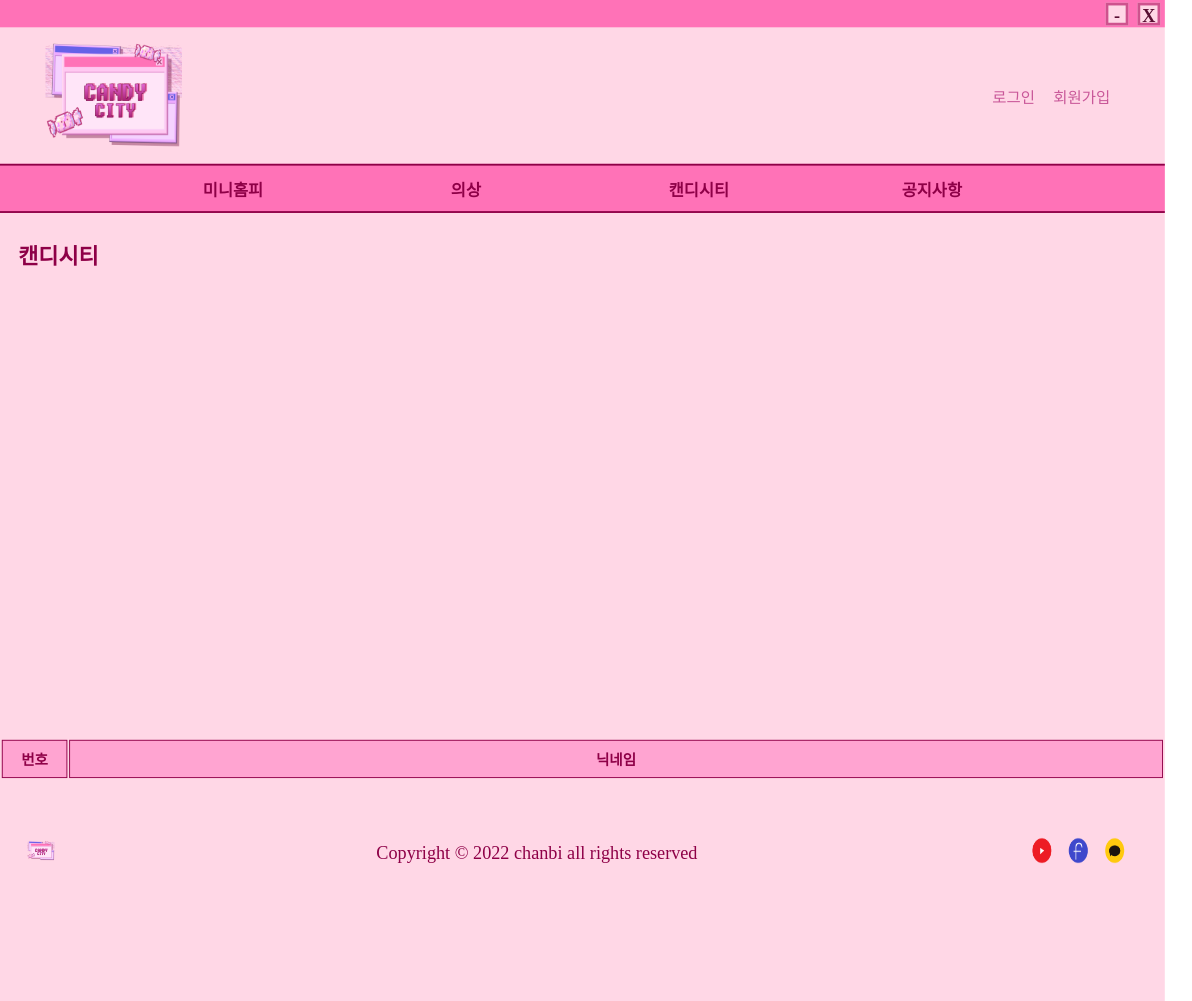
Repository: chanbiM/candyCityProject
Page: http://localhost/CandyCityProj/getCandyCityList
An editor plug-in stored every save of this project. The page is shown before and after the next save, followed by the edit.
The browser window is 1280 px wide. The page is 1310 px wide, so the pictures cover 1310 px, including what lies to the right of the window. The pictures show the whole page, at 91% of full size.
Some web fonts or font styles are not loaded; a fallback is used. The page is served by Tomcat 9. Other server files are loaded and not shown. Queries for data that is not in the repository find no rows.

Above is the page before, as saved 2022-11-20 06:23:54.

### CandyCityProj/WebContent/member/character/candyCity.jsp
<%@page import="dao.CharacterDAO"%>
<%@page import="vo.CharacterVO"%>
<%@page import="vo.CostumeVO"%>
<%@page import="java.util.ArrayList"%>
<%@page import="vo.MemberVO"%>
<%@ page language="java" contentType="text/html; charset=UTF-8"
	pageEncoding="UTF-8"%>
<%@ include file="/header.jsp"%>
<link rel="stylesheet" href="/css/homepiStyle.css">
<link rel="stylesheet" href="/css/postListStyle.css">


<br>
<%
	ArrayList<MemberVO> candiCityList = (ArrayList<MemberVO>) request.getAttribute("candiCityList");
%>
<h2>캔디시티</h2>
<br>

<div class="candyCity">
	<ul class="mainList">
		<%
			for (MemberVO data : candiCityList) {
				//아바타 출력
				CharacterDAO charDao = new CharacterDAO();
				CharacterVO costume = charDao.getCharacterCode(data.getId());

				CostumeVO head = charDao.getCostumeInfo(costume.getHead());
				CostumeVO eyes = charDao.getCostumeInfo(costume.getEyes());
				CostumeVO body = charDao.getCostumeInfo(costume.getBody());
				CostumeVO shoes = charDao.getCostumeInfo(costume.getShoes());
		%>
				<li>
					<ul class="subList">
						<li class="char">
<%
						if (costume.getHead() != null) {
%> 							<img alt="머리" src="/images/costume/<%=head.getName()%>" class="head"> <%
 						}
 						if (costume.getEyes() != null) {
 %>
 							<img alt="눈" src="/images/costume/<%=eyes.getName()%>" class="eyes">
<%
						}
						if (costume.getBody() != null) {
%>
							<img alt="몸" src="/images/costume/<%=body.getName()%>" class="body">
<%
						}
						if (costume.getShoes() != null) {
%>
							<img alt="신발" src="/images/costume/<%=shoes.getName()%>" class="shoes"> <%
 						}
%>

 						<img alt="캐릭터" src="/images/costume/character.png" class="character">
					</li>
						<li class="char_name"><a href="/GetHomepi?id=<%=data.getId()%>"><%=data.getName()%></a></li>
					</ul>

				</li>

		<%
			}
		%>

	</ul>
<!-- 	<img alt="캔디시티 배경" src="/images/candycityBack.png" id="candy_back"
		width="1280" height="400"> -->
</div>
<br><br>




<!--미니홈피 목록-->
<table id="homepiList">
	<tr>
		<th class="number">번호</th>

		<th class="nickName">닉네임</th>
	</tr>

	<%
		int num = 1;
		for (MemberVO data : candiCityList) {
	%>
	<tr>
		<td><a href="/GetHomepi?id=<%=data.getId()%>"><%=num%></a></td>
		<td><a href="/GetHomepi?id=<%=data.getId()%>"><%=data.getName()%></a>
		</td>
	</tr>
	<%
		num++;
	%>
	<%
		}
	%>


</table>



<%@ include file="/footer.jsp"%>

### CandyCityProj/WebContent/header.jsp
<%@page import="vo.MemberVO"%>
<%@ page language="java" contentType="text/html; charset=UTF-8"
	pageEncoding="UTF-8"%>
<!DOCTYPE html>
<html>
<head>
<meta charset="UTF-8">
<title>Candy City</title>
<link rel="stylesheet" href="/css/mainStyle.css">
<script src="/js/jquery-3.1.1.min.js"></script>
</head>
<body>
	<div class="wrapper">
		<!-- 창 바 -->
		<div class="window">
			<button class="widow_btn" id="-_btn">-</button>
			<button class="widow_btn" id="x_btn">X</button>
		</div>

		<header>
			<!-- 로고 -->
			<div class="logo">
				<a href="/index.jsp"><img alt="로고" src="/images/logo.png"></a>
			</div>

			<!-- 기타 메뉴바 -->
			<div class="minimenu">

				<ul>
					<%
						MemberVO vo = (MemberVO) session.getAttribute("loginOK");
						if (vo == null) {
					%>
					<li><a href="/member/login.jsp">로그인</a></li>
					<li><a href="/member/insertMember.jsp">회원가입</a></li>
					<%
						} else {
					%>
					<li><a href="/member/myPage.jsp"><%=vo.getName()%>님</a></li>
					<li><a href="/logout"> 로그아웃 </a></li>
					<li><a href="/member/myPage.jsp">마이페이지</a></li>

					<%
						}
					%>
				</ul>

			</div>
		</header>

		<!-- 메뉴바 -->
		<nav>
			<ul class="mainmenu">
				<li><a href="/getHomepiList">미니홈피</a>
					<ul class="submenu">
					<%
						if (vo == null) {
					%>
						<li><a href="/member/login.jsp">내 미니홈피</a></li>
						<li><a href="/getHomepiList">미니홈피 목록</a></li>
					<%
						} else {
					%>

						<li><a href="/GetHomepi?id=<%= vo.getId() %>">내 미니홈피</a></li>
						<li><a href="/getHomepiList">미니홈피 목록</a></li>
					<%
						}
					%>
					</ul></li>

				<li><a href="#">의상</a>
					<ul class="submenu">
					<%
						if (vo == null) {
					%>
						<li><a href="/member/login.jsp">내 의상</a></li>
						<li><a href="/member/login.jsp">의상 상점</a></li>
						<li><a href="/member/login.jsp">의상 설정</a></li>
					<% } else {
					%>
						<li><a href="/getcCostumeList?id=<%= vo.getId() %>&name=<%= vo.getName() %>">내 의상</a></li>
						<li><a href="/getShopList?id=<%= vo.getId() %>">의상 상점</a></li>
						<li><a href="/characterSet">의상 설정</a></li>
					<%
					} %>
					</ul></li>

				<li><a href="/getCandyCityList">캔디시티</a>
					<ul class="submenu">
					</ul></li>

				<li><a href="/getNoticeList?type=E">공지사항</a>
					<ul class="submenu">
						<li><a href="/getNoticeList?type=E">이벤트</a></li>
						<li><a href="/getNoticeList?type=N">공지사항</a></li>
						<li><a href="/getNoticeList?type=R">당첨자 발표</a></li>
					</ul></li>

				<%
					MemberVO adminVo = (MemberVO) session.getAttribute("manager");
					if (adminVo != null) {
				%>
				<li><a href="/getUserList">관리자용 메뉴</a>
					<ul class="submenu">
						<li><a href="/getUserList">유저 리스트</a></li>
						<!-- <li><a href="#">문의글 확인</a></li>
						<li><a href="#">신고글 확인</a></li> -->
						<li><a href="/admin/noticeInsert.jsp">공지사항/이벤트 작성</a></li>
					</ul></li>
			<%
				}
			%>
			</ul>

		</nav>

### CandyCityProj/WebContent/footer.jsp
<%@ page language="java" contentType="text/html; charset=UTF-8"
    pageEncoding="UTF-8"%>
        <!-- 푸터 영역 -->
        <footer>
            <!-- 하단로고 -->
            <div>
                <a href="/index.jsp" class="logo">
                    <img src="/images/logo.png" alt="로고" >
                </a>
            </div>
            <!-- 카피라이트 -->
            <div class="copyright">
                <p> Copyright &copy; 2022 chanbi all rights reserved</p>
            </div>
            <!-- SNS -->
            <div>
                <ul class="sns">
                    <li><a href="https://www.youtube.com/@rorochanbi"><img src="/images/youtube.png" alt="유튜브" height="40"></a></li>
                    <li><a href="#"><img src="/images/facebook.png" alt="페이스북" height="40"></a></li>
                    <li><a href="https://open.kakao.com/o/s1olGebe"><img src="/images/kakao.png" alt="카카오톡" height="40"></a></li>
                </ul>
            </div>
        </footer>
    </div>
	<script src="/js/script.js"></script>
</body>
</html>

### CandyCityProj/src/controller/GetCandyCityListController.java
package controller;

import java.io.IOException;
import java.io.PrintWriter;
import java.util.ArrayList;

import javax.servlet.ServletException;
import javax.servlet.annotation.WebServlet;
import javax.servlet.http.HttpServlet;
import javax.servlet.http.HttpServletRequest;
import javax.servlet.http.HttpServletResponse;

import dao.MemberDAO;
import vo.MemberVO;


@WebServlet("/getCandyCityList")
public class GetCandyCityListController extends HttpServlet {
	private static final long serialVersionUID = 1L;

    public GetCandyCityListController() {
        super();
    }

	protected void doGet(HttpServletRequest request, HttpServletResponse response) throws ServletException, IOException {
		response.setContentType("text/html; charset=UTF-8");
		request.setCharacterEncoding("UTF-8");
		PrintWriter out = response.getWriter();
		MemberDAO dao = new MemberDAO();
		ArrayList<MemberVO> candiCityList = dao.getCandyCityList();

		request.setAttribute("candiCityList", candiCityList);
		request.getRequestDispatcher("/member/character/candyCity.jsp").forward(request, response);

	}

	protected void doPost(HttpServletRequest request, HttpServletResponse response) throws ServletException, IOException {
		doGet(request, response);
	}

}

### CandyCityProj/src/common/JdbcUtill.java
package common;

import java.sql.Connection;
import java.sql.DriverManager;
import java.sql.PreparedStatement;
import java.sql.ResultSet;

public class JdbcUtill {
	public static Connection getConnection() {
		Connection conn = null;

		try {
			Class.forName("oracle.jdbc.driver.OracleDriver");
			conn = DriverManager.getConnection("jdbc:oracle:thin:@localhost:1521:xe", "hr", "hr");
		} catch (Exception e) {
			System.out.println("DB 연결 실패");
			e.printStackTrace();
		}
		return conn;
	}

	public static void close(Connection conn, PreparedStatement pstmt) {
		if (pstmt!= null) {
			try {
				pstmt.close();
			} catch (Exception e) {
				// TODO: handle exception
				System.out.println("pstmt.close() 실패");
			}
		}

		if(conn != null) {
			try {
				conn.close();
			} catch (Exception e) {
				// TODO: handle exception
				System.out.println("conn.close() 실패");
				e.printStackTrace();
			}
		}
	}

	public static void close(Connection conn, PreparedStatement pstmt, ResultSet rs) {
		if(rs != null) {
			try {
				rs.close();
			} catch (Exception e) {
				// TODO: handle exception
				System.out.println("rs.close() ����");
				e.printStackTrace();
			}
		}
		close(conn, pstmt);
	}


}

### CandyCityProj/WebContent/css/mainStyle.css
@font-face {
    font-family: 'DungGeunMo';
    src: url('https://cdn.jsdelivr.net/gh/projectnoonnu/noonfonts_six@1.2/DungGeunMo.woff') format('woff');
    font-weight: normal;
    font-style: normal;
}
* {
    margin: 0;
    padding: 0;
    list-style: none;
    text-decoration: none;
    color: rgb(19, 0, 1);
    font-family: 'DungGeunMo';
    color: #8e0047;
    -ms-user-select: none;
   -moz-user-select: -moz-none;
   -khtml-user-select: none;
   -webkit-user-select: none;
   user-select: none;
}

.wrapper {
    width: 1280px;
    min-height: 1100px;
    margin: 0 auto;
    background-color: rgb(255, 215, 230);
}

.window {
    width: 100%;
    height: 30px;
    display: flex;
    justify-content: flex-end;
    background-color: #FF72B7;
    align-items: center;
}
.widow_btn {
    width: 25px;
    height: 25px;
    margin: 5px;
    color: #580e32;
    font-weight: bold;
    font-size: 20px;
    background-color: rgb(255, 215, 230);
    border: 3px solid #ce528e;
}

.widow_btn:hover {
    background-color: rgb(203, 164, 178);
    border: 3px solid #953c67;
    cursor: pointer;
    text-align: center;
}

.logo > a {
    display: flex;
}

.logo > a > img {
    width: 150px;
    height: 120px;
    margin: 50px;
    margin-top: 15px;
}

header {
    width: 100%;
    height: 150px;
    display: flex;
    justify-content: space-between;
}

.minimenu {
    width: 1000px;
    display: flex;
    font-size: 17px;
    align-items: center;
    margin-right: 50px;
    justify-content: flex-end;
}

.minimenu ul{
    display: flex;
}

.minimenu ul li {
    margin: 10px;
}

.minimenu ul li:hover {
    font-weight: bold;
}

/*.minimenu ul {
    width: 100%;
    display: flex;
    justify-content: space-evenly;
}*/

.minimenu ul li a{
	color: #c95899;
}

.mainmenu {
    /* 메뉴 요소 4개 가로정렬 */
    width: 1280px;
    display: flex;

    /* 중앙정렬 */
    text-align: center;
    align-items: center;
    justify-content: center;

    background-color: #FF72B7;
    border-top: 2px #8e0047 solid;
    border-bottom: 2px #8e0047 solid;
    position:relative;

}

.mainmenu li {
    width: 20%;
    height: 50px;
}

.mainmenu a {
    display: flex;
    justify-content: center;
    align-items: center;
    width: 100%;
    height: 100%;
    font-size: 18px;
    font-weight: 600;

    /* 하이라이팅 줄때 애니메이션을 줄 시간과 속성들 */
    transition: background-color 1s, color 1s;
}
/* :hover -> 마우스를 위에 올려 놓을때 적용할 스타일*/
.mainmenu a:hover {
    background-color: #aa4a78;
    color: white;
}


.mainmenu .submenu {
    /* 부모의 면적 + 다른 요소에 영향을 주지 않음 -> 다른 요소에 독립적*/
    position: absolute;
    /* 맨 앞으로 가져오기*/
    z-index: 100;
	width: 20%;

    background-color: #FF72B7;
    color: white;

    /* 기본적으로는 가려짐. 나중에 js로 호버될때 해제되도록 해줄 것 */
    display: none;
}

.submenu li {
    width: 100%;
}
.submenu a:hover {
    background-color: rgb(254, 207, 228);
    color: rgb(70, 19, 30);
}

#slide {
    width: 100%;
    height: 300px;
    position: relative;
    overflow: hidden;
}
#slide>ul>li>a>img {
    position: absolute;
    width: 100%;
    top: 0;
    left: -100%;
    opacity: 0;
}

#slide >ul>li>a>img:first-child {
    left: 0;
    opacity: 1;
}

#slide ul {
    /* 다른 요소에 관여받지 않고 #slide 기준으로 움직이도록*/
    position: absolute;
    top: 0;
    left: 0;

    width: 100%;


}

/* 섹션 */

section {
    display: flex;
    height: 350px;
    overflow: hidden;
    margin: 20px;
}

section > div {
    flex: 1;
    max-width: 50%;

    padding: 10px;
}

/* 컨텐츠 탭 */
.tab {
    display: flex;
}

/* 활성화 된 탭 추가 효과 */
.tab .active {
    background-color: #FF72B7;
}
.tab .active a{
    color: white;
}


.tab div {
    padding: 7px;
    border: 1px solid #800040;
    /* content, tab이 보더가 곂치므로 한쪽 없애주기 */
    border-bottom: none;
}

#content_container .content {
    padding: 7px;
    border: 1px solid #800040;

    /* 일정 크기 이상으로 글자가 나오는걸 방지 */
    max-width: 600px;
    height: 200px;
}

/* 각 요소들의 글자가 넘쳐날 경우 .... 처리*/
#post li {
    overflow: hidden;
    text-overflow:ellipsis;
    white-space: nowrap;
    line-height: 25px;


    border-bottom: 1px solid #800040;
}

/* 갤러리 */
/* 기본적으로 활성화 된게 공지사항이므로 갤러리 컨텐츠는 가리기 */
#event {
    display: none;
}

#event li{
    overflow: hidden;
    text-overflow:ellipsis;
    white-space: nowrap;
    line-height: 25px;


    border-bottom: 1px solid #800040;
}

#ranking {
	margin-top: 2px;
}
#ranking ul, #ranking li{
    width: 95%;
}

#ranking ul {
	border: 2px solid #800040;

	padding: 10px;
	height: 195px;


}
#ranking li {
    /* 버튼별 간격 */
    margin-bottom: 15px;
    width: 96%;


    /* 버튼 내부 간격 */
    padding: 7px;
    text-align: center;
    background-color: #e366b1;
    text-align: left;
    color: #8e0047;
}

#ranking h4 {
	background-color: #FF72B7;
	color: white;

	font-weight: normal;
	border: 2px solid #800040;
	width: 130px;
	padding: 5px;
	overflow: hidden;
	text-align: center;
	border-bottom: none;
}
#ranking a {
    color: white;
    margin-left: 5px;
}

/* 푸터 */

footer {
    /* 가로 정렬 */
    display: flex;

    /* 3가지 요소들 가로 간격 */
    justify-content: space-between;
    /* 세로 중앙 정렬*/
    align-items: center;

    width: 100%;
    height: 100px;
    margin: 30px;
}

.sns {
    display: flex;
    margin-right: 70px;
}

/* sns 아이콘별 간격 */
.sns li {
    margin-left: 10px;
}

footer img {
    width: 30px;
}


.copyright {
	font-size: 20px;
}

.info {
	width: 100%;
	margin-left: 20px;
	height: 700px;
}

.infoText {
	width: 300px;
	height: 30px;
	font-size: 23px;
	border: 0px;
	background-color: #ffeaf3;
	text-align: center;
}

.info th {
	width: 250px;
	margin: 5px;
	font-size: 30px;
}

.info td {
	width: 300px;
	margin: 10px;
	font-size: 25px;
	text-align: center;
}

.updatebtn {
	border: 0px;
	background-color: rgb(255, 215, 230);
	font-size: 25px;

}

input:focus {outline: none;}

hr {
	margin: 30px;
	width: 90%;
	margin: auto;

	height : 1px;
    border: 0;
	background-color : #811b4e;

}

h2 {
	margin: 30px;
}

/* 팝업의 배경 */
.popup_back {
    /* 기본적으로 가려짐 */
    display: none;

    /* 사이트 내용의 면적을 무시하고 배치*/
    position: absolute;
    top: 0;
    left: 0;

    /* 창 전체 가로 세로 채우기*/
    width: 100%;
    height: 100%;

    /* 검정색 배경(0,0,0,)에서 0.8로 투명도 설정*/
    background: rgba(0,0,0,0.3);
    position: fixed;

}

/* 팝업 본체 */
.popup{
    position: relative;

    /* 팝업 창의 가로 세로*/
    width:500px;
    height:300px;

    /* 배경 면적의 top 50%, left 50% 위치로 이동 */
    top:50%;
    left:50%;
    /* 중앙 배치를 위해 팝업의 가로 세로의 절반 크기 만큼 옮기기*/
    margin-top: -100px;
    margin-left:-200px;

    background:#fff;
    padding: 20px;
}


/* 팝업 버튼 */
.popup_close {
    position: absolute;
    padding: 5px;

    /* 팝업의 아래쪽부터 20px, 오른쪽으로부터 20px */
    right: 20px;
    bottom: 20px;
    background-color: #FF72B7;
    border: 2px solid #ea0075;
}
.popup_close:hover {
	background-color: #f14b9a;
    border: 2px solid #aa0055;
    cursor: pointer;
}

.pwdUpdateBtn {
	position: absolute;
    padding: 5px;

    /* 팝업의 아래쪽부터 20px, 오른쪽으로부터 20px */
    right: 100px;
    bottom: 20px;
    background-color: #FF72B7;
    border: 2px solid #ea0075;
}

.pwdUpdateBtn:hover {
	background-color: #f14b9a;
    border: 2px solid #aa0055;
    cursor: pointer;
}

/* 팝업의 배경 */
.popup_back_del {
    /* 기본적으로 가려짐 */
    display: none;

    /* 사이트 내용의 면적을 무시하고 배치*/
    position: absolute;
    top: 0;
    left: 0;

    /* 창 전체 가로 세로 채우기*/
    width: 100%;
    height: 100%;

    /* 검정색 배경(0,0,0,)에서 0.8로 투명도 설정*/
    background: rgba(0,0,0,0.3);
    position: fixed;

}

/* 팝업 본체 */
.popup_del{
    position: relative;

    /* 팝업 창의 가로 세로*/
    width:500px;
    height:300px;

    /* 배경 면적의 top 50%, left 50% 위치로 이동 */
    top:50%;
    left:50%;
    /* 중앙 배치를 위해 팝업의 가로 세로의 절반 크기 만큼 옮기기*/
    margin-top: -100px;
    margin-left:-200px;

    background:#fff;
    padding: 20px;
}

### CandyCityProj/WebContent/css/homepiStyle.css
body {
    -ms-overflow-style: none;
}

a:hover {
	cursor: pointer;
}
body::-webkit-scrollbar {
    display: none;
}
.wrapper {
	min-height: 1100px;
}

.member_info {
    width: 95%;
    background-color: #fecddd;
    height: 150px;
    margin: auto;
    padding: 20px;
}

.member_info li{
	height: 100%;
}
.member_info ul {
    display: flex;
    justify-content: space-evenly;
    align-items: center;
    height: 100%;
}

.profile_char img{
    width: 150px;
    height: 150px;
    background-color: rgb(164, 111, 130);
    border-radius: 20px;
}

.info {
    width: 800px;
}

#homepi_info {
    width: 150px;
    height: 40px;
    margin-top: 100px;
    background-color: #ca6497;
    color: #fff1f1;
    border: 2px #9a4f74 solid;
    border-radius: 5px;
}

#homepi_info:hover {
    background-color: #943464;
    color: #d5c8c8;
    cursor: pointer;
    transition: background-color 0.2s, color 0.2s;
}

input:focus {outline: none;}

input::placeholder {
    color: #7e3b5d;
}

.character_info {
    float: left;
    width: 300px;
    background-color: #fecddd;
    height: 470px;
    margin: 15px;
    padding: 20px;
    text-align: center;
}

.info_character {
    width: 280px;
    border-radius: 20px;
    height: 350px;
    display: flex;
    margin: auto;
    margin-bottom: 5px;
}

.info_character img {
	width: 300px;
	height: 400px;
	position: absolute;
}

#post_btn {
    width: 250px;
    height: 40px;
    margin-bottom: 10px;
    background-color: #ca6497;
    color: #fff1f1;
    border: 2px #9a4f74 solid;
    border-radius: 5px;
}
#post_btn:hover {
    background-color: #943464;
    color: #d5c8c8;
    cursor: pointer;
    transition: background-color 0.2s, color 0.2s;
}

.post_search {
    margin: 15px;

}

input[type="text"]{
   width: 65%;
   height: 50px;

    font-size: 25px;
    padding-left: 5px;
    /*border: #811b4e 2px solid;*/
    border: 2px solid #943464;
    background-color: rgb(255, 255, 255);
  }

  input[type="submit"]{
    width: 5%;
    height: 56px;
    background-color: #ca6497;
    color: #fff1f1;
    border: 2px #9a4f74 solid;
  }
  input[type="submit"]:hover {
    background-color: #943464;
    color: #d5c8c8;
    cursor: pointer;
    transition: background-color 0.2s, color 0.2s;
}

.representative_post {
    border: 2px solid #943464;

    width: 66%;
    height: 750px;
    display: inline-block;
    padding: 20px;
}
#post_content {
    height: 370px;
}
#post_list {
    display: flex;
    align-items: flex-end;
    justify-content: flex-end;
}
#post_list button{
    background-color: #ca6497;
    color: #fff1f1;
    border: 2px #9a4f74 solid;
    width: 200px;
    height: 40px;
}



#post_list button:hover {
    background-color: #943464;
    color: #d5c8c8;
    cursor: pointer;
    transition: background-color 0.2s, color 0.2s;
}

hr {
    width: 100%;
    text-align: center;
    margin: auto;

	height : 1px;
    border: 0;
	background-color : #811b4e;
}

.post {
    border: 2px solid #943464;

    width: 66%;
    height: 750px;
    display: inline-block;
    padding: 20px;
}

.title {
	margin: 0px;
}

.notice {
	border: 2px solid #943464;

    width: 1180px;
    height: 750px;
    padding: 20px;
    margin: 30px;
}

#notice_content {
	height: 600px;
}

#notice_list {
    display: flex;
    justify-content: flex-end;
    margin-right: 30px;
}
#notice_list button{
    background-color: #ca6497;
    color: #fff1f1;
    border: 2px #9a4f74 solid;
    width: 200px;
    height: 40px;
}


.head {
	z-index: 60;
}

.eyes {
	z-index: 59;
}

.body {
	z-index: 61;
}

.shoes {
	z-index: 58;
}

.character {
	z-index: 50;

}

### CandyCityProj/WebContent/css/postListStyle.css
#post_list {
    width: 900px;
    display: flex;
    justify-content: center;

}

th {
	background-color: #ffa4d1;
}


td, th, tr {
	text-align: center;
    border: 1px solid;
    height: 40px;
    overflow: hidden;
}

.number {
    width: 70px;
}

.title {
    width: 700px;
}
.date {
	width: 300px;
}
.end {
	width: 250px;
}
.type {
    width: 80px;
}

.name {
	width: 800px;
}

.joinDate {
	width: 400px;
}

.loginDate {
	width: 400px;
}

.buttonBox {
	width: 100%;
    display: flex;
    justify-content: flex-end;

}

.listBtn {
	margin-right: 10px;
	margin-bottom: 20px;
	width: 250px;
    height: 40px;
    margin-bottom: 10px;
    background-color: #f499c5;
    border: 2px #9a4f74 solid;
    border-radius: 5px;
}

.listBtn:hover {
    background-color: #943464;
    color: #d5c8c8;
    cursor: pointer;
    transition: background-color 0.2s, color 0.2s;
}

h2 {
	margin-left: 20px;
	margin-top: 10px;
}

.homepiList {
	margin: auto;

}

.nickName {
	width: 1200px;
}

.candyCity {
	width: 100%;
	height: 400px;
	margin-bottom: 30px;
	display: flex;
}

.char img {
	margin-top: 20px;
	position: absolute;
}


#candy_back{
	position: absolute;
}

.mainList {
	width: 100%;
	display: flex;
	flex-wrap:wrap;
}

h3 {
	margin-top: 100px;
	text-align: center;
	margin-bottom: 150px;
}
.mainList li {
	width: 20%;
	display: flex;
	justify-content: center;



}

.subList {
	width: 100%;
	height: 300px;
	align-items: center;

}

.subList li{
	width: 100%;
	text-align: center;
	overflow: hidden;
	height: 300px;
}

.char_name {
	height: 50px;
	z-index: 70;
}

Loaded but not shown: CandyCityProj/WebContent/js/jquery-3.1.1.min.js (library); CandyCityProj/WebContent/js/script.js (84 lines, source omitted); CandyCityProj/src/dao/MemberDAO.java (382 lines, source omitted)

After the next save:
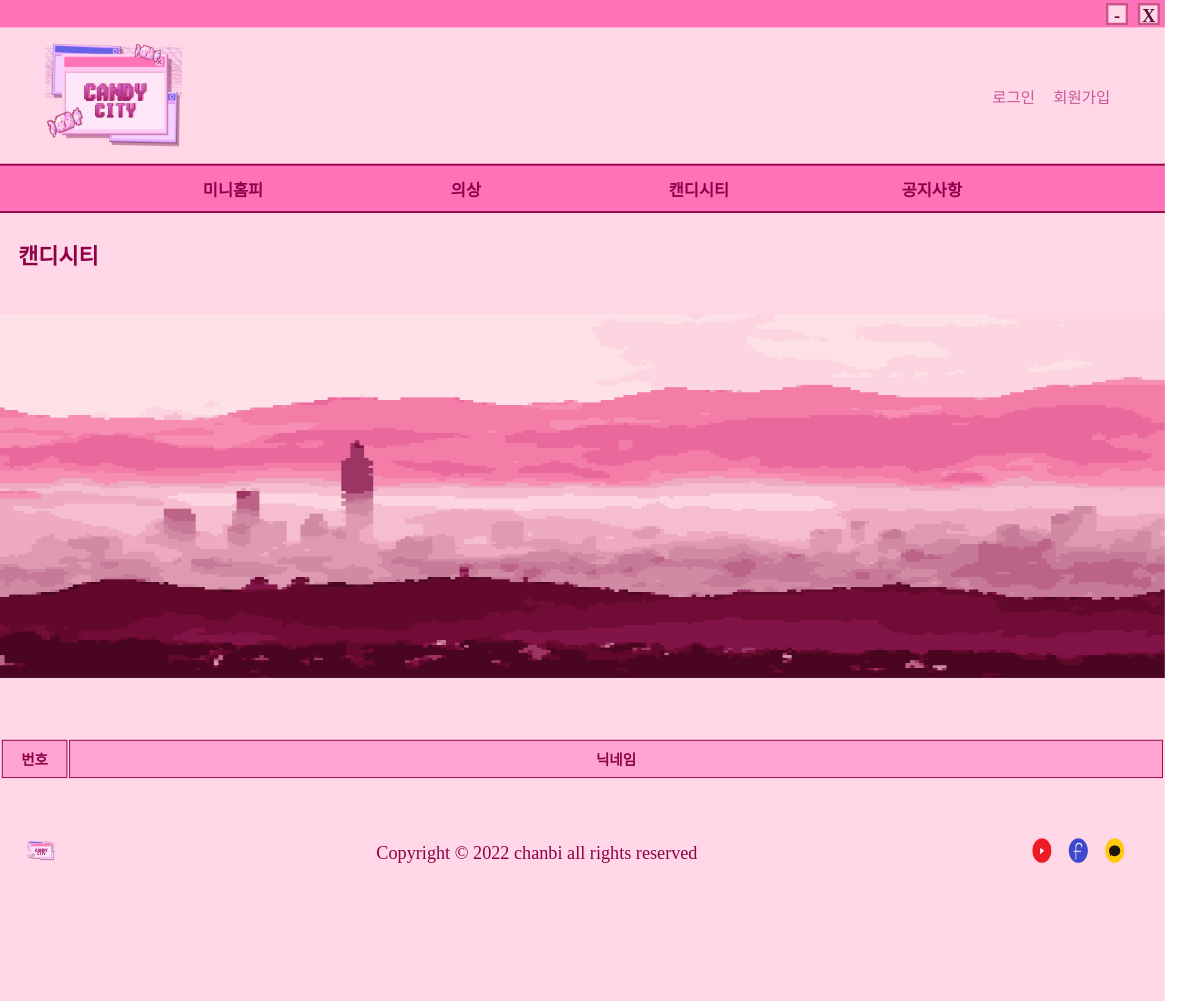
Saved 2 min 50 s later.
--- a/CandyCityProj/WebContent/member/character/candyCity.jsp
+++ b/CandyCityProj/WebContent/member/character/candyCity.jsp
@@ -65,8 +65,8 @@
 		%>
 
 	</ul>
-<!-- 	<img alt="캔디시티 배경" src="/images/candycityBack.png" id="candy_back"
-		width="1280" height="400"> -->
+		<img alt="캔디시티 배경" src="/images/candycityBack.png" id="candy_back"
+		width="1280" height="400">
 </div>
 <br><br>
 
